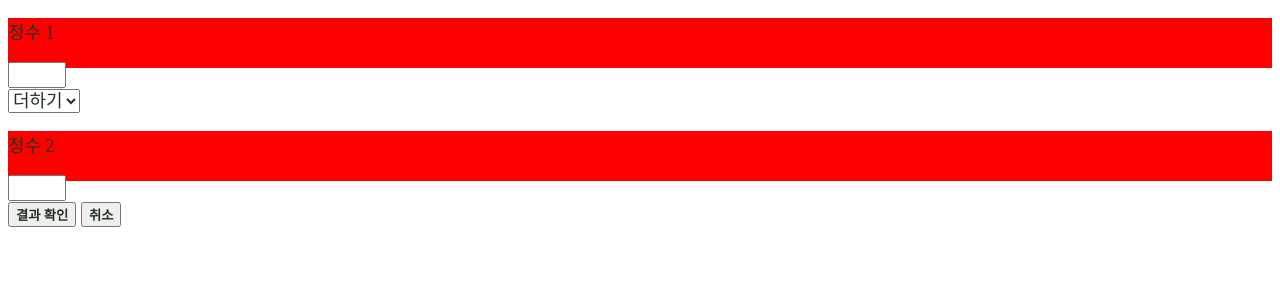
Repository: god5228god/Jsp
Page: WebApp06/WebContent/Send03.html
An editor plug-in stored every save of this project. The page is shown before and after the next save, followed by the edit.
The browser window is 1280 px wide. The pictures show the whole page.

Above is the page before, as saved 2026-03-03 00:40:45.

After the next save:
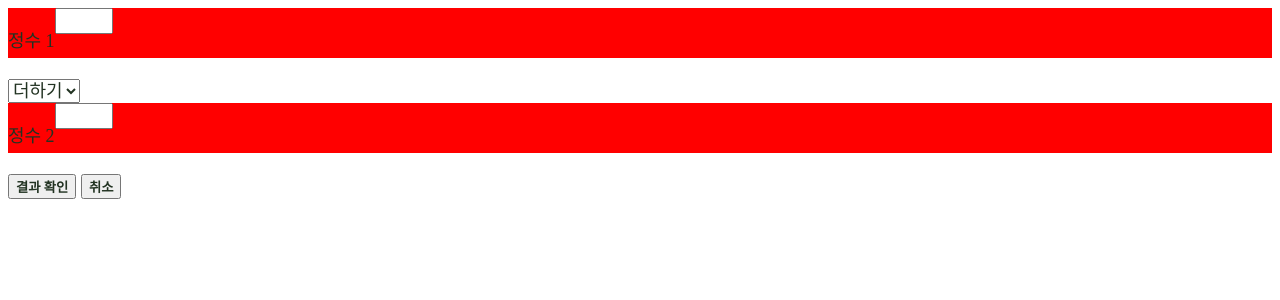
Saved 12 s later.
--- a/WebApp06/WebContent/Send03.html
+++ b/WebApp06/WebContent/Send03.html
@@ -6,8 +6,8 @@
 <link rel="stylesheet" type="text/css" href="css/main.css" />
 <style type="text/css">
 .numWrap{position: relative; width: 100%; height: 50px; background-color: red;}
-p{}
-.txt{ width: 50px; height: 20px;  }
+p{float: left;}
+.txt{float: left; width: 50px; height: 20px;  }
 </style>
 </head>
 <body>
